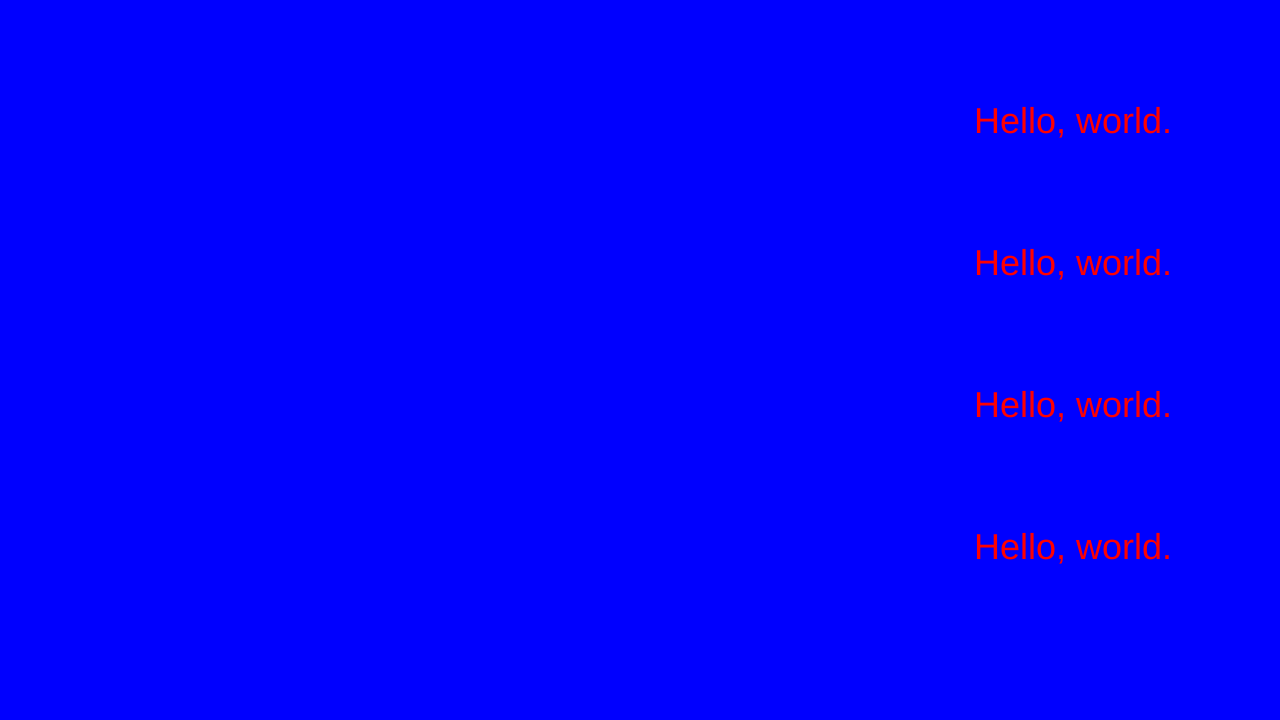
Repository: simj959/simj959.github.io
Page: index.html
The author's editor kept a record of every edit. The page is drawn from the files as they stood at one moment, then again after the next edit.
The browser window is 1280 px wide. The pictures show the whole page.

Above is the page before.

### index.html
<!DOCTYPE html>
<html>
	<head>
		<title>Hello, world.</title>
		<link href="style.css" rel="stylesheet">
	</head>
	<body>
		<p>Hello, world.</p>
		<p>Hello, world.</p>
		<p>Hello, world.</p>
		<p>Hello, world.</p>


	</body>
</html>

### style.css
body {
    background-color: blue;
    color: red;
    font-size: 36px;
    font-family: Helvetica, Arial, sans-serif;
    text-align: right;
}

p {
    margin: 100px;

}

.paragrph2 {
    color: #a9a9a9;
}

.one {
    width: 200px;
    height: 200px;
    background-color: yellow;
    position: absolute;
    bottom: 20px;
    right: 100px;
border-radius: 100px;


}

a:link {
    color: white;
    text-decoration: none;
}

a:visited {
    color: black;

}
a:hover {

}
}

After the next edit:
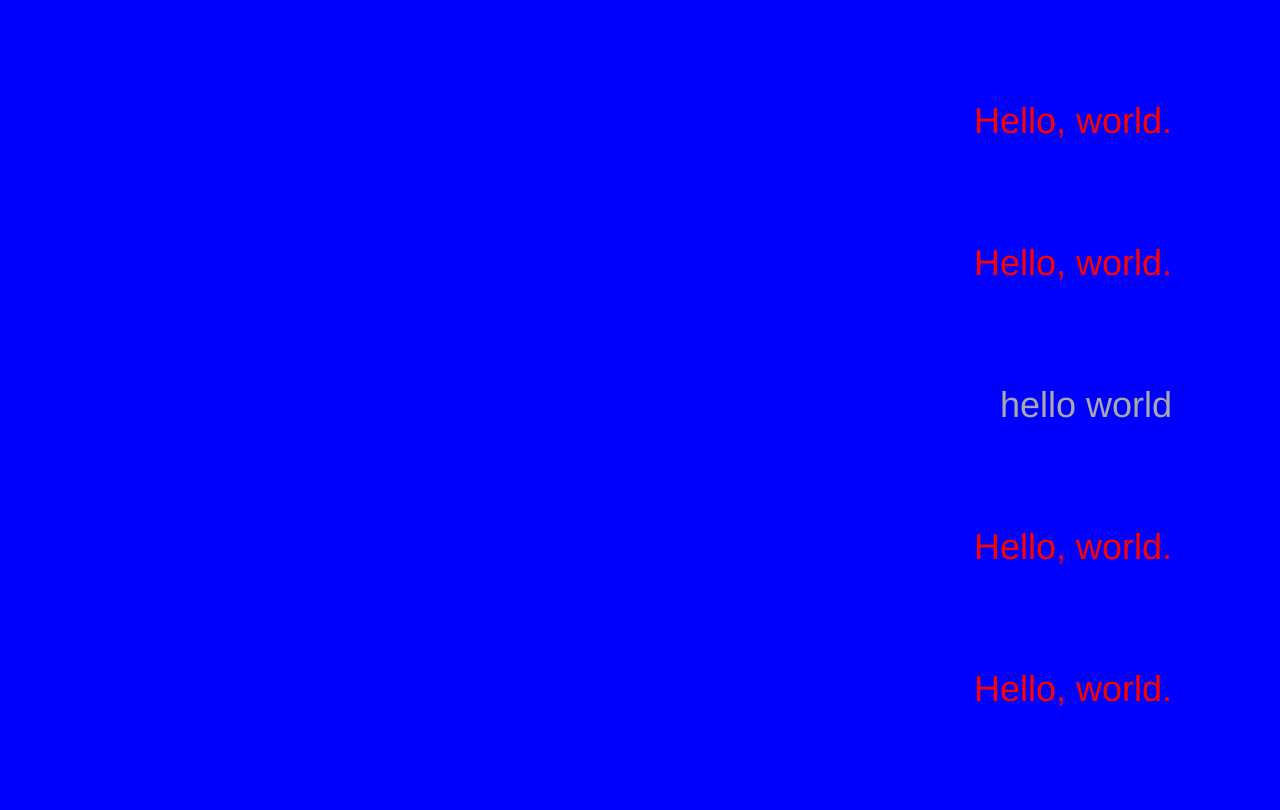
The edit:
--- a/index.html
+++ b/index.html
@@ -5,8 +5,12 @@
 		<link href="style.css" rel="stylesheet">
 	</head>
 	<body>
+
+
+
 		<p>Hello, world.</p>
 		<p>Hello, world.</p>
+		<p class="paragrph2">hello world</p>
 		<p>Hello, world.</p>
 		<p>Hello, world.</p>
 
